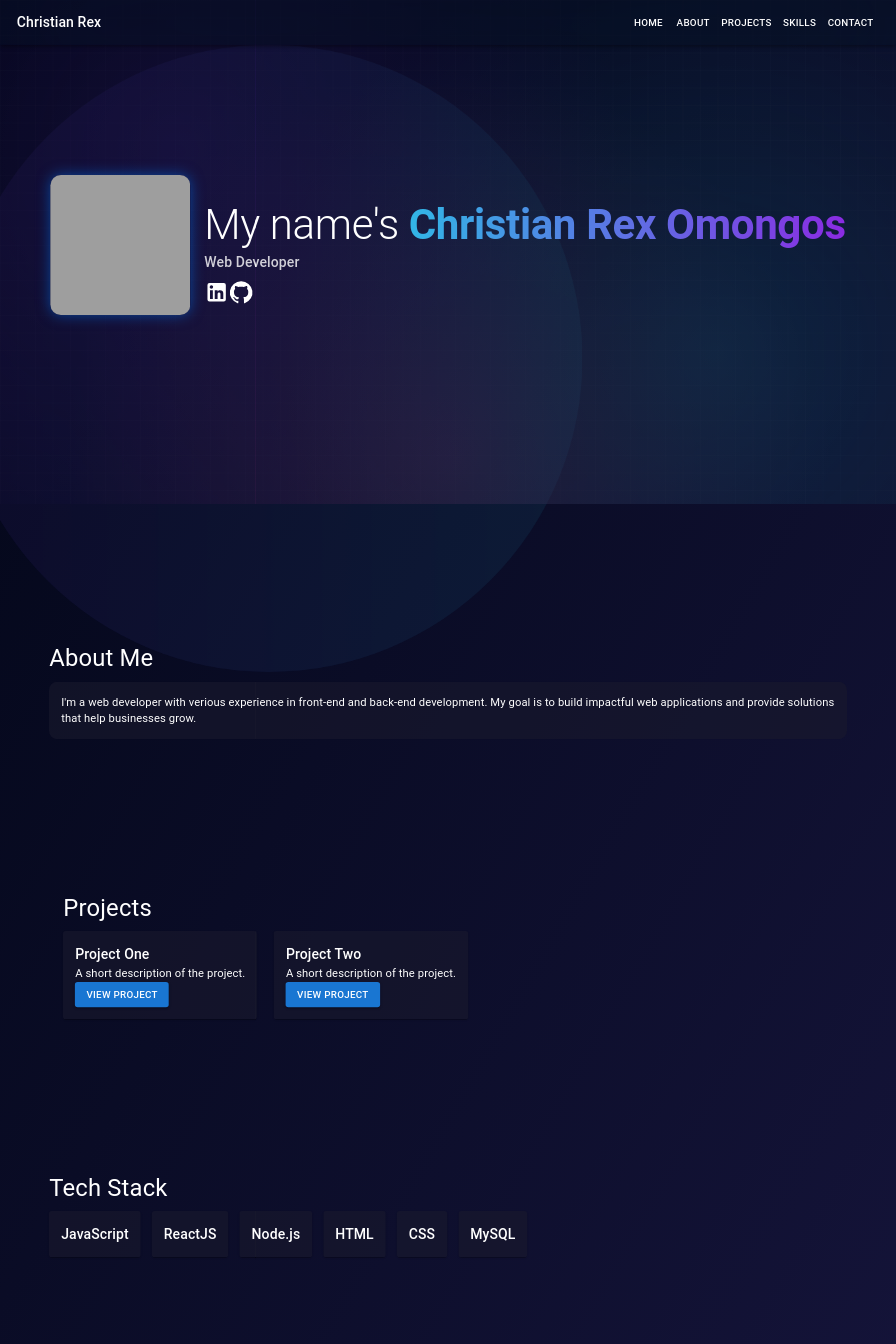
Repository: mikeshadowcoder/myWeb
Page: /
These files come from the project's save history. The page is drawn as it stood at one moment and after the next save; the edit follows.
The browser window is 1280 px wide. The pictures show the part of the page from y = 0 to 1920 px (the page is 2643 px tall), at 70% of full size.
Pictures or frames that could not be fetched are drawn as grey boxes. The project was rebuilt for these pictures with package versions that can differ from the ones it lists, and the page was loaded fresh each time.

Above is the page before, as saved 2026-01-21 16:42:59.

After the next save:
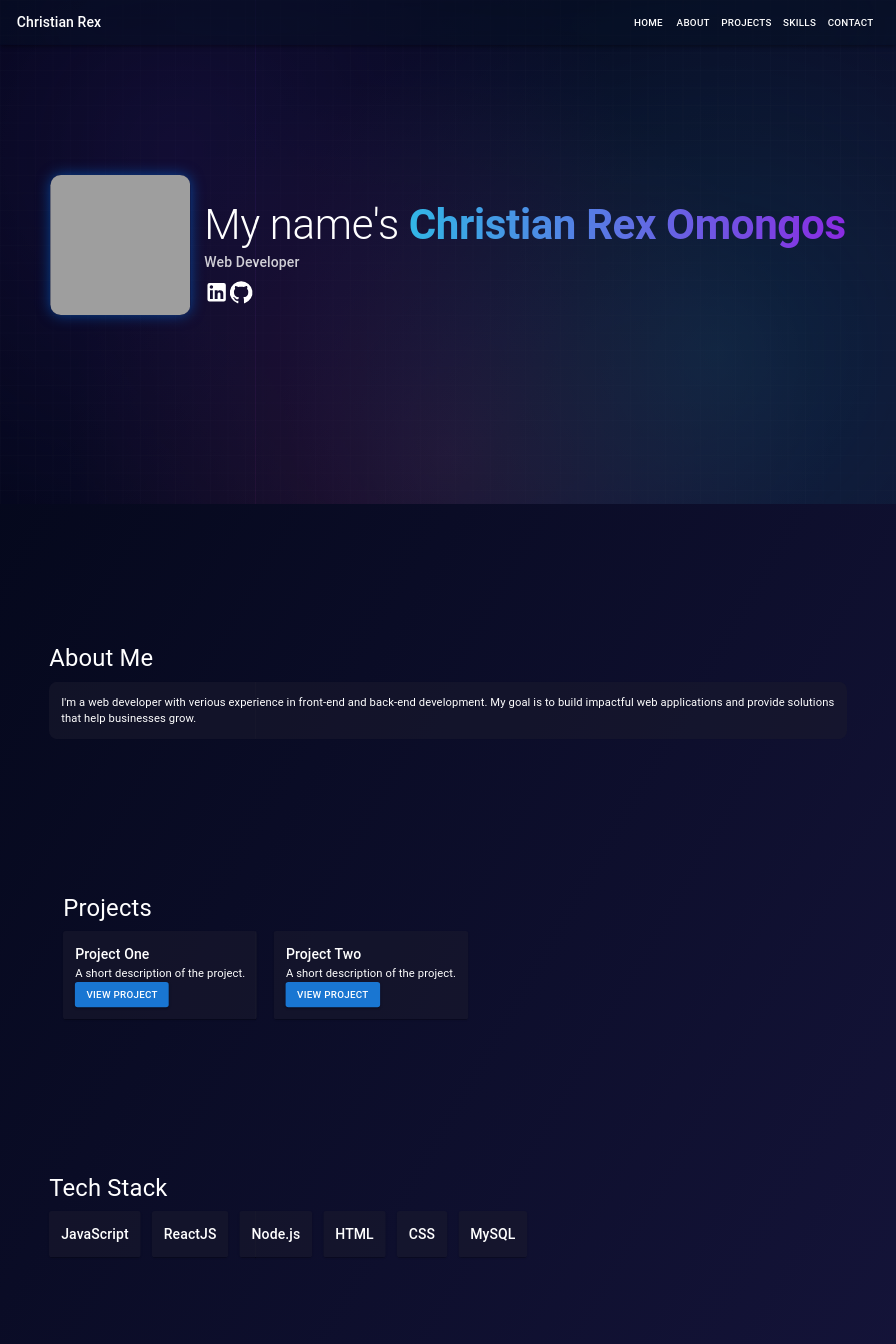
Saved 36 s later.
--- a/src/components/BackgroundShapes.js
+++ b/src/components/BackgroundShapes.js
@@ -5,7 +5,7 @@
   return (
     <>
     <div className="grid-container">
-      <svg class="bg" viewBox="0 0 100 100" preserveAspectRatio="xMidYMid slice">
+      {/* <svg class="bg" viewBox="0 0 100 100" preserveAspectRatio="xMidYMid slice">
         <defs>
           <linearGradient id="g1">
             <stop offset="0%" stop-color="#7c3aed"/>
@@ -13,7 +13,7 @@
           </linearGradient>
         </defs>
         <circle cx="30" cy="40" r="35" fill="url(#g1)" opacity="0.25" />
-      </svg>
+      </svg> */}
       <div className="gradient-blobs" />
     </div>
     </>
